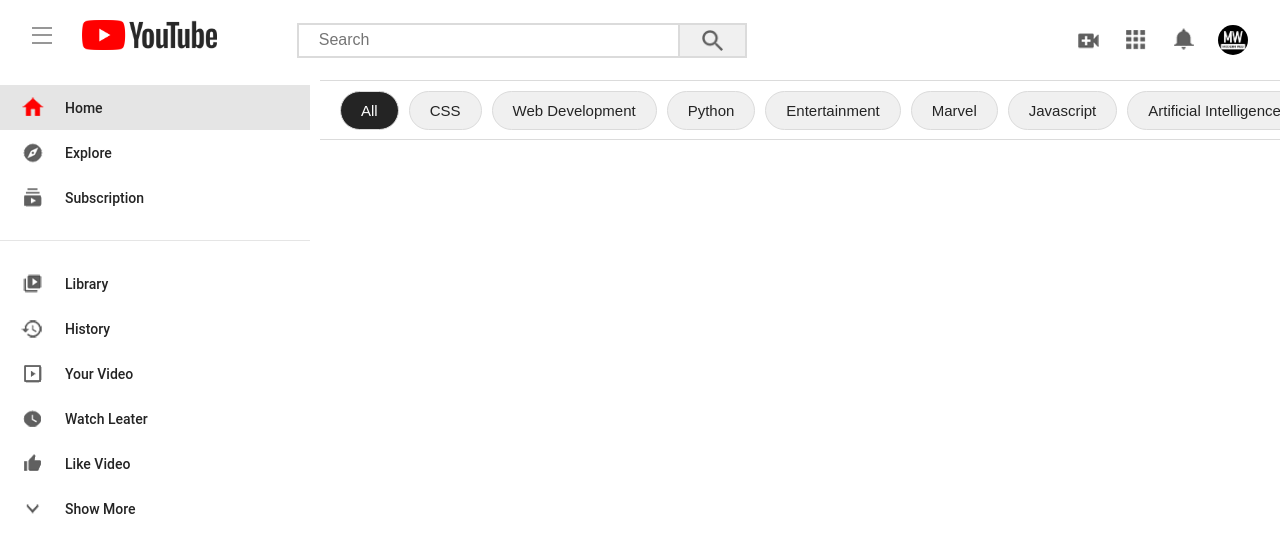
Repository: ds-mbappe/YouTube-Clone-UI
Page: index.html
The author's editor kept a copy of each file at every save. The page is drawn from the files as they stood at one save, then again after the next save.
The browser window is 1280 px wide. The pictures show the whole page.
The page's requests for data from a server got no answer.

Above is the page before, as saved 2021-08-03 00:19:33.

### index.html
<!DOCTYPE html>
<html lang="en">
<head>
    <meta charset="UTF-8">
    <meta http-equiv="X-UA-Compatible" content="IE=edge">
    <meta name="viewport" content="width=device-width, initial-scale=1.0">
    <link rel="stylesheet" href="styles.css"/>
    <title>YouTube</title>
</head>
<body>
    <nav class="navbar">
        <div class="toggle-btn">
            <span></span>
            <span></span>
            <span></span>
        </div>
        <img src="img/logo.PNG" class="logo" alt="">
        <div class="search-box">
            <input type="text" class="search-bar" placeholder="search">
            <button class="search-btn"><img src="img/search.PNG" alt=""></button>
        </div>
        <div class="user-options">
            <img src="img/video.PNG" class="icon" alt="">
            <img src="img/grid.PNG" class="icon" alt="">
            <img src="img/bell.PNG" class="icon" alt="">
            <div class="user-dp">
                <img src="img/profile-pic.png" alt="">
            </div>
        </div>
    </nav>
    <div class="side-bar">
        <a href="#" class="links active"><img src="img/home.PNG" alt="">home</a>
        <a href="#" class="links"><img src="img/explore.PNG" alt="">explore</a>
        <a href="#" class="links"><img src="img/subscription.PNG" alt="">subscription</a>
        <hr class="seperator">
        <a href="#" class="links"><img src="img/library.PNG" alt="">library</a>
        <a href="#" class="links"><img src="img/history.PNG" alt="">history</a>
        <a href="#" class="links"><img src="img/your-video.PNG" alt="">your video</a>
        <a href="#" class="links"><img src="img/watch-later.PNG" alt="">watch leater</a>
        <a href="#" class="links"><img src="img/liked video.PNG" alt="">like video</a>
        <a href="#" class="links"><img src="img/show more.PNG" alt="">show more</a>
    </div>
    <div class="filters">
        <button class="filter-options active">all</button>
        <button class="filter-options">CSS</button>
        <button class="filter-options">web development</button>
        <button class="filter-options">python</button>
        <button class="filter-options">entertainment</button>
        <button class="filter-options">marvel</button>
        <button class="filter-options">javascript</button>
        <button class="filter-options">artificial intelligence</button>
        <button class="filter-options">machine learning</button>
        <button class="filter-options">trending</button>
    </div>
    <hr class="seperator">
    <div class="video-container">
        <!-- <div class="video">
            <img src="img/profile-pic.png" class="thumbnail" alt="">
            <div class="content">
                <img src="img/profile-pic.png" class="channel-icon" alt="">
                <div class="info">
                    <h4 class="title">youtube clone 2021 | create working youtube clone</h4>
                    <p class="channel-name">modern web</p>
                </div>
            </div>
        </div> -->
    </div>

    <script src="app.js"></script>

</body>
</html>

### styles.css
* {
  margin: 0;
  padding: 0;
  box-sizing: border-box;
}

*:focus {
  outline: none;
}

body {
  position: relative;
  font-family: "roboto", sans-serif;
}

.navbar {
  position: fixed;
  top: 10px;
  left: 0;
  width: 100%;
  height: 60px;
  background: #fff;
  display: flex;
  align-items: center;
  padding: 0 2.5vw;
}

.toggle-btn {
  margin-bottom: 10px;
  width: 20px;
  height: 15px;
  position: relative;
  cursor: pointer;
}

.toggle-btn span {
  position: absolute;
  width: 100%;
  height: 2px;
  top: 50%;
  transform: translateY(-50%);
  background: #979797;
}

.toggle-btn span:nth-child(1) {
  top: 0;
}

.toggle-btn span:nth-child(3) {
  top: 100%;
}

.logo {
  height: 30px;
  margin: -10px 30px 0;
}

.search-box {
  position: relative;
  max-width: 500px;
  width: 50%;
  height: 35px;
  display: flex;
}

.search-bar {
  width: 85%;
  height: 100%;
  border: 2px solid #dbdbdb;
  padding: 0 20px;
  margin-left: 50px;
  font-size: 16px;
  text-transform: capitalize;
}

.search-btn {
  width: 15%;
  height: 100%;
  background: #f0f0f0;
  border: 2px solid #dbdbdb;
  padding: 5px 0;
  border-left: none;
}

.search-btn img {
  height: 100%;
}

.user-options {
  height: 35px;
  display: flex;
  margin-left: auto;
  align-items: center;
}

.user-options .icon {
  height: 80%;
  margin-right: 20px;
  cursor: pointer;
}

.user-dp {
  cursor: pointer;
  height: 30px;
  width: 30px;
  border-radius: 50%;
  overflow: hidden;
}

.user-dp img {
  width: 100%;
  height: 100%;
  object-fit: cover;
}

.side-bar {
  position: fixed;
  top: 85px;
  left: 0;
  min-width: 320px;
  width: 250px;
  height: calc(100vh - 60px);
  background: #fff;
  padding-right: 10px;
}

.links {
  display: block;
  width: 100%;
  padding: 10px 20px;
  display: flex;
  align-items: center;
  text-transform: capitalize;
  color: #242424;
  font-size: 14px;
  font-weight: 500;
  text-decoration: none;
}

.links img {
  height: 25px;
  margin-right: 20px;
}

.links:hover,
.links.active {
  background: rgba(0, 0, 0, 0.1);
}

.seperator {
  border: none;
  border-bottom: 1px solid rgba(0, 0, 0, 0.1);
  margin: 20px 0;
}

.filters {
  position: fixed;
  left: 320px;
  top: 80px;
  width: calc(100% - 250px);
  height: 60px;
  background: #fff;
  border-top: 1px solid #dbdbdb;
  border-bottom: 1px solid #dbdbdb;
  padding: 0 20px;
  display: flex;
  align-items: center;
  overflow-x: auto;
  overflow-y: hidden;
}

.filters::-webkit-scrollbar {
  display: none;
}

.filter-options {
  flex: 0 0 auto;
  padding: 10px 20px;
  border-radius: 50px;
  background: #f0f0f0;
  border: 1px solid #dbdbdb;
  text-transform: capitalize;
  margin-right: 10px;
  color: #242424;
  font-size: 15px;
  cursor: pointer;
}

.filter-options.active {
  color: #fff;
  background: #242424;
}

.video-container {
  width: calc(100% - 250px);
  margin-top: 120px;
  margin-left: 250px;
  padding: 20px;
  display: grid;
  grid-template-columns: repeat(4, 25%);
  grid-gap: 25px 15px;
  overflow-x: hidden;
}

.video {
  min-height: 250px;
  height: auto;
  cursor: pointer;
}

.thumbnail {
  width: 100%;
  height: 150px;
  object-fit: cover;
}

.content {
  width: 100%;
  height: 100px;
  padding: 10px;
  display: flex;
}

.channel-icon {
  width: 40px;
  height: 40px;
  border-radius: 50%;
  object-fit: cover;
  margin-right: 10px;
}

.title {
  width: 100%;
  overflow: hidden;
}

.channel-name {
  font-size: 14px;
  margin: 2px 0;
  margin-top: 5px;
  color: #979797;
}

### app.js
let api_key = "AIzaSyDHsb2XFQC_A5c3sgJTcE1WiZPR0dXluDA";
let video_http = "https://www.googleapis.com/youtube/v3/videos?";
let channel_http = "https://www.googleapis.com/youtube/v3/channels?";

fetch(video_http + new URLSearchParams({
    key: api_key,
    part: 'snippet',
    chart: 'mostPopular',
    maxResults: 50,
    regionCode: 'FR'
})).then(res => res.json()).then(data => {
    data.items.forEach(item => {
        getChannelIcon(item);
    })
}).catch(err => console.log(err));

const getChannelIcon = (video_data) => {
    fetch(channel_http + new URLSearchParams({
        key: api_key,
        part: 'snippet',
        id: video_data.snippet.channelId
    }))
    .then(res => res.json())
    .then(data => {
        video_data.channelThumbnail = data.items[0].snippet.thumbnails.default.url;
        makeVideoCard(video_data);
    })
}

const videoCardContainer = document.querySelector('.video-container');

const makeVideoCard = (data) => {
    videoCardContainer.innerHTML += `
    <div class="video" onclick="location.href = 'https://youtube.com/watch?v=${data.id}'">
        <img src="${data.snippet.thumbnails.high.url}" class="thumbnail" alt="">
        <div class="content">
            <img src="${data.channelThumbnail}" class="channel-icon" alt="">
            <div class="info">
                <h4 class="title">${data.snippet.title}</h4>
                <p class="channel-name">${data.snippet.channelTitle}</p>
            </div>
        </div>
    </div>
    `;
}

const searchInput = document.querySelector('.search-bar');
const searchBtn = document.querySelector('.search-btn');
let searchLink = "https://www.youtube.com/results?search_query=";

searchBtn.addEventListener('click', () => {
    if(searchInput.value.length){
        location.href = searchLink + searchInput.value;
    }
})

After the next save:
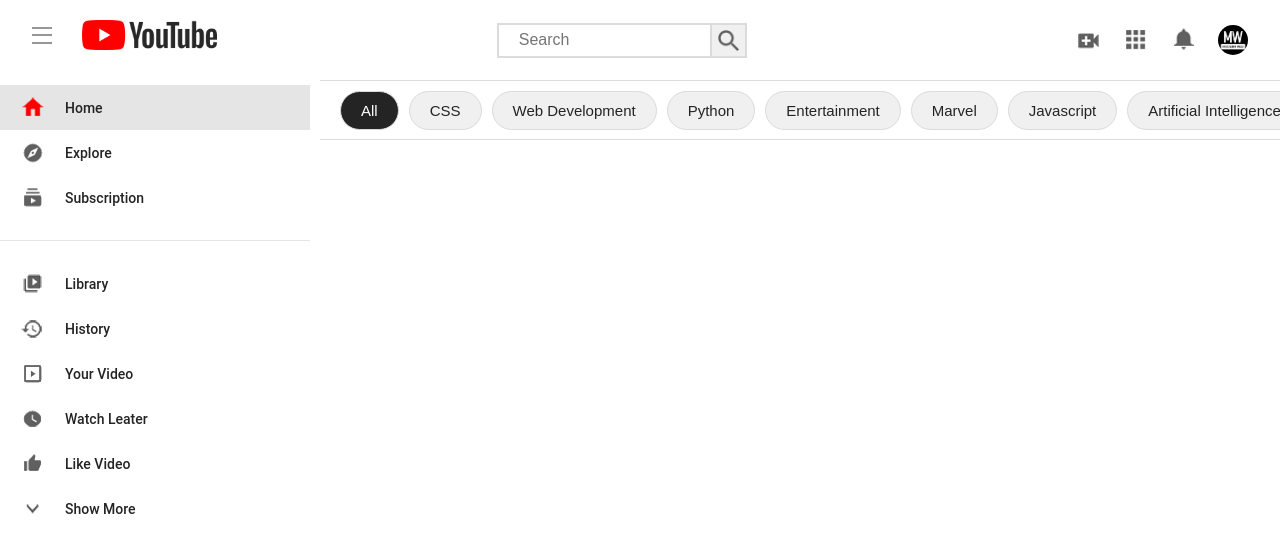
Saved 4 s later.
--- a/styles.css
+++ b/styles.css
@@ -68,7 +68,7 @@
   height: 100%;
   border: 2px solid #dbdbdb;
   padding: 0 20px;
-  margin-left: 50px;
+  margin-left: 250px;
   font-size: 16px;
   text-transform: capitalize;
 }
